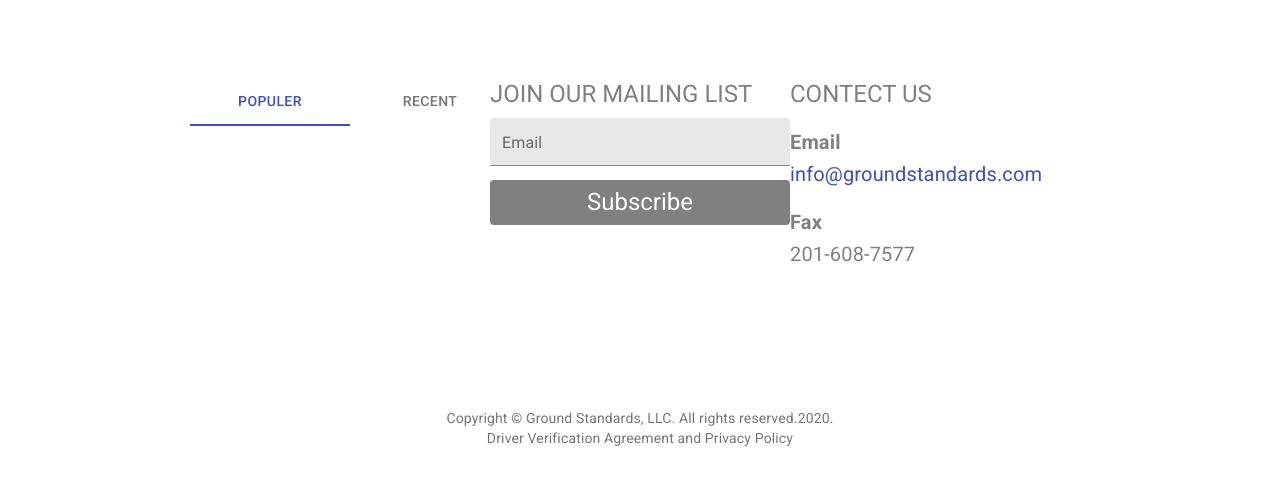
Repository: vinuvish/groundstandards_react
Page: /
These files come from the project's save history. The page is drawn as it stood at one moment and after the next save; the edit follows.
The browser window is 1280 px wide. The pictures show the part of the page from y = 3920 to 4416 px (the page is 4416 px tall).
The page's requests for data from a server got no answer. The project was rebuilt for these pictures with package versions that can differ from the ones it lists, and the page was loaded fresh each time. No one was signed in, and anything a server would have sent is missing. Also part of the build but not shown: src/pages/app/NotFoundPage.tsx, src/pages/app/SignUpPage.tsx, src/pages/app/AboutPage.tsx, src/pages/app/OurSolutionPage.tsx, src/pages/app/OurPartnerPage.tsx, src/pages/app/ResourcePage.tsx, src/pages/app/PressPage.tsx, src/pages/app/BlockPage.tsx and 1 more. Imported but missing from the stored project, and not drawn on this page: src/assets/video/video-2.mp4.

Above is the page before, as saved 2020-11-28 12:11:46.

After the next save:
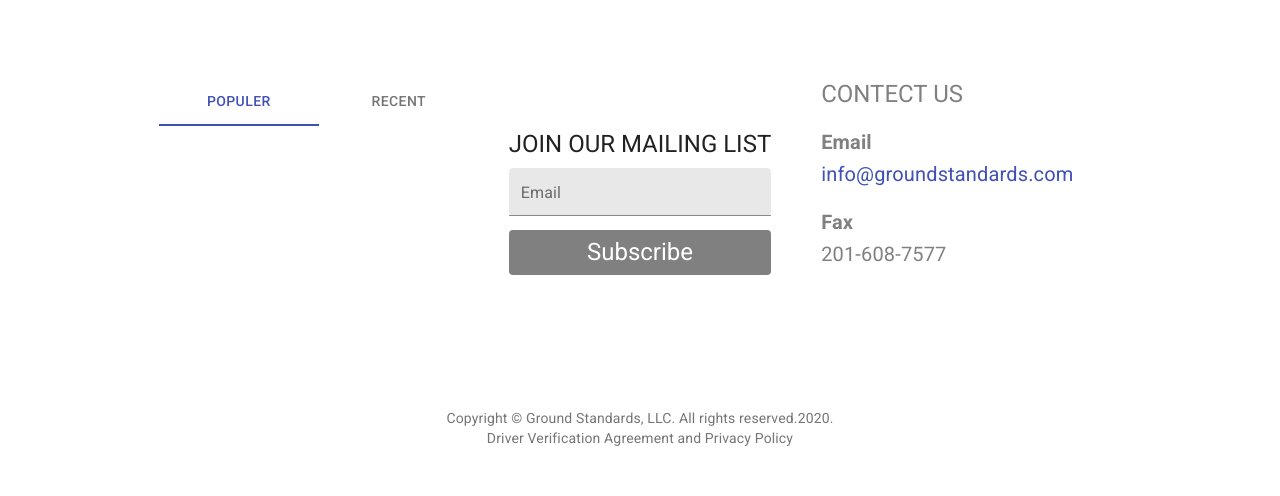
Saved 11 s later.
--- a/src/components/Zfooter.tsx
+++ b/src/components/Zfooter.tsx
@@ -54,7 +54,7 @@
                                 </Tabs>
 
                             </div>
-                            <div className={classes.tab}>
+                            <div className={classes.emailSubscription}>
                                 <Typography variant='h5'>
                                     JOIN OUR MAILING LIST
                        </Typography>

After the save that followed:
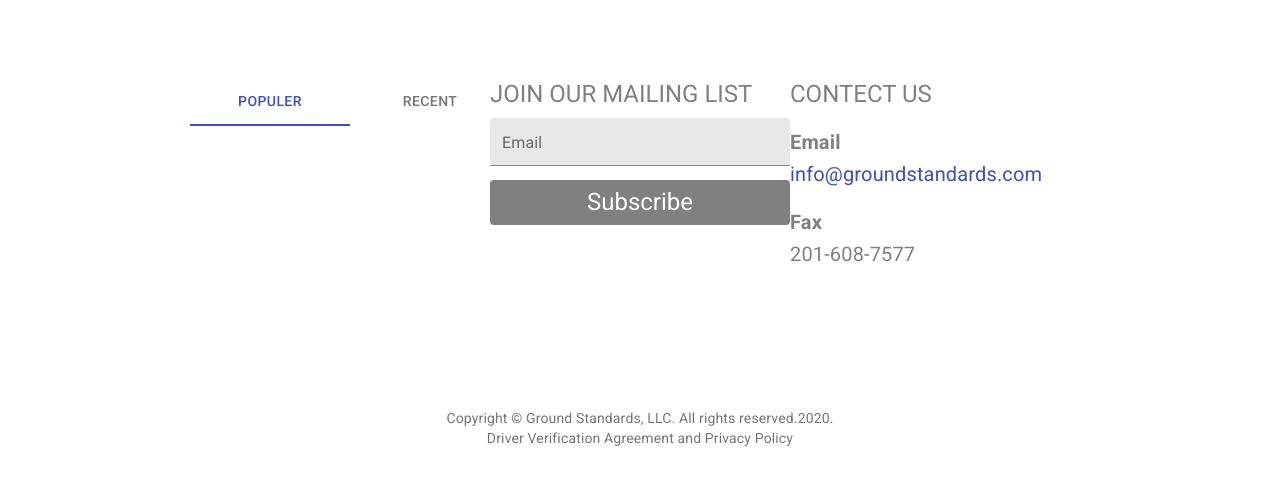
Saved 32 s later.
--- a/src/components/Zfooter.tsx
+++ b/src/components/Zfooter.tsx
@@ -54,7 +54,7 @@
                                 </Tabs>
 
                             </div>
-                            <div className={classes.emailSubscription}>
+                            <div className={classes.tab}>
                                 <Typography variant='h5'>
                                     JOIN OUR MAILING LIST
                        </Typography>
@@ -141,7 +141,9 @@
         variant: "scrollable"
     },
     emailSubscription: {
-        padding: '50px'
+        marginLeft: '50px',
+        marginRight: '50px'
+
     },
     submitButton: {
         height: '45px',
